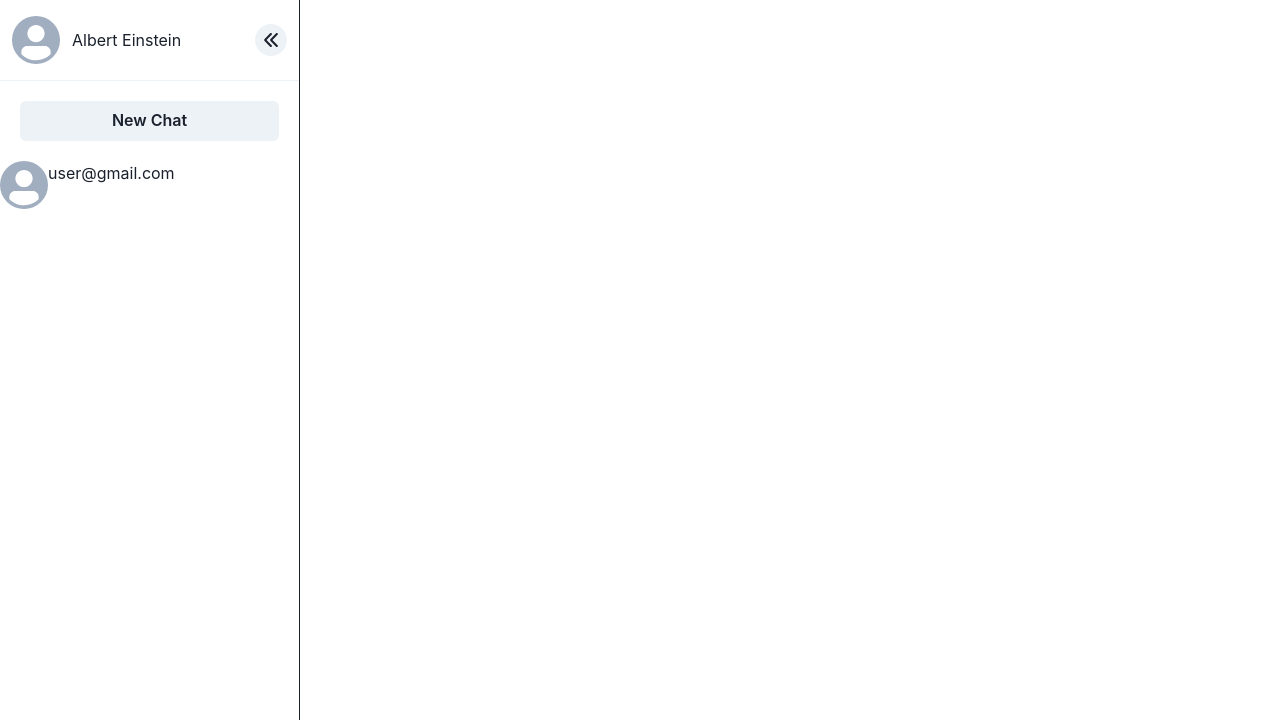
Repository: Siva20021/chat-app
Page: /
These files come from the project's save history. The page is drawn as it stood at one moment and after the next save; the edit follows.
The browser window is 1280 px wide. The pictures show the whole page.
The project was rebuilt for these pictures with package versions that can differ from the ones it lists, and the page was loaded fresh each time. The framework's server and built-in components were replaced by stand-ins that run in the browser. Also part of the build but not shown: next.config.js, components/Login.js.

Above is the page before, as saved 2022-06-05 12:08:44.

### pages/_app.js
import { ChakraProvider } from "@chakra-ui/react"
import Login from "../components/Login"
import Sidebar from "../components/Sidebar"


function MyApp({ Component, pageProps }) {
  //return <Component {...pageProps} />
  return(
    <ChakraProvider>
      <Sidebar/>
    </ChakraProvider>
  )
}

export default MyApp

### pages/index.js
import Head from 'next/head'


export default function Home() {
  return (
    <div>
      <Head>
        <title>Create Next App</title>
        <meta name="description" content="Generated by create next app" />
        <link rel="icon" href="/favicon.ico" />
      </Head>
    </div>
  )
}

### components/Sidebar.js
import { ArrowLeftIcon } from '@chakra-ui/icons'
import { Avatar, Button, Flex, IconButton, Text } from '@chakra-ui/react'
import React from 'react'

export default function Sidebar() {
  return (
    <Flex
        //bg="blue.100"
        w="300px"
        h="100vh"
        borderEnd="1px solid"
        borderColors="gray.200"
        direction="column"
    >
        <Flex
            //bg="red.100"
            h="81px" w="100%"
            align="center"
            justifyContent="space-between"
            borderBottom="1px solid" borderColor="gray.100"
            p={3}

        >
            <Flex align="center">
                <Avatar src="" marginEnd={3} />
                <Text>Albert Einstein</Text>
            </Flex>

            <IconButton size="sm" isRound icon={<ArrowLeftIcon/>}/>
        </Flex>
        <Button m={5} p={4}>New Chat</Button>
        <Flex align="" _hover={{bg:"gray.100",cursor:"pointer"}}>
            <Avatar src=""/>
            <Text>user@gmail.com</Text>
        </Flex>
    </Flex>
  )
}

After the next save:
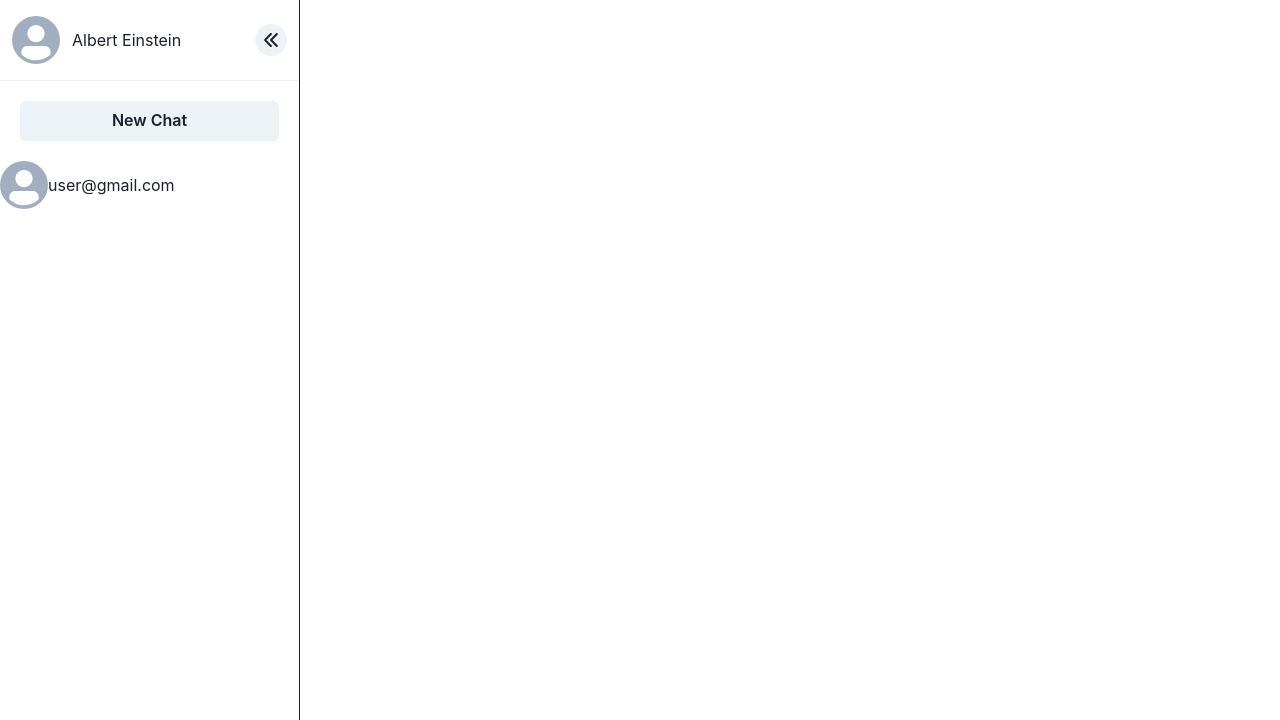
Saved 5 s later.
--- a/components/Sidebar.js
+++ b/components/Sidebar.js
@@ -29,7 +29,7 @@ export default function Sidebar() {
             <IconButton size="sm" isRound icon={<ArrowLeftIcon/>}/>
         </Flex>
         <Button m={5} p={4}>New Chat</Button>
-        <Flex align="" _hover={{bg:"gray.100",cursor:"pointer"}}>
+        <Flex align="center" _hover={{bg:"gray.100",cursor:"pointer"}}>
             <Avatar src=""/>
             <Text>user@gmail.com</Text>
         </Flex>
